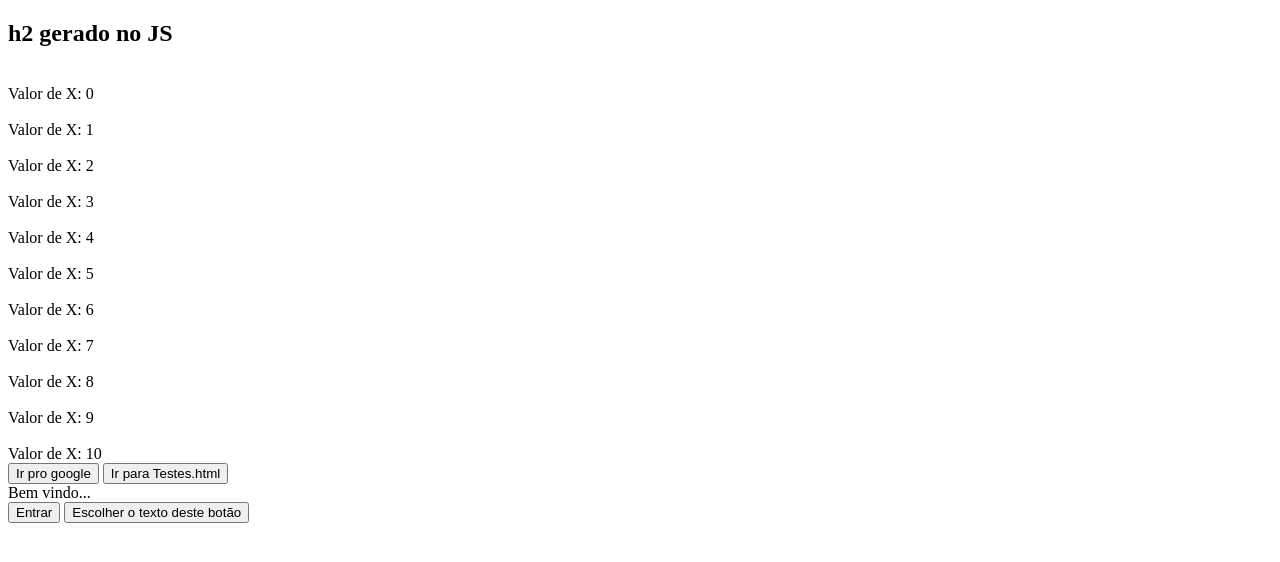
Repository: joaoaspimienta/Testes-e-estudo-de-ReactJS
Page: src/Anotações.html
An editor plug-in stored every save of this project. The page is shown before and after the next save, followed by the edit.
The browser window is 1280 px wide. The pictures show the whole page.

Above is the page before, as saved 2021-12-27 19:52:22.

After the next save:
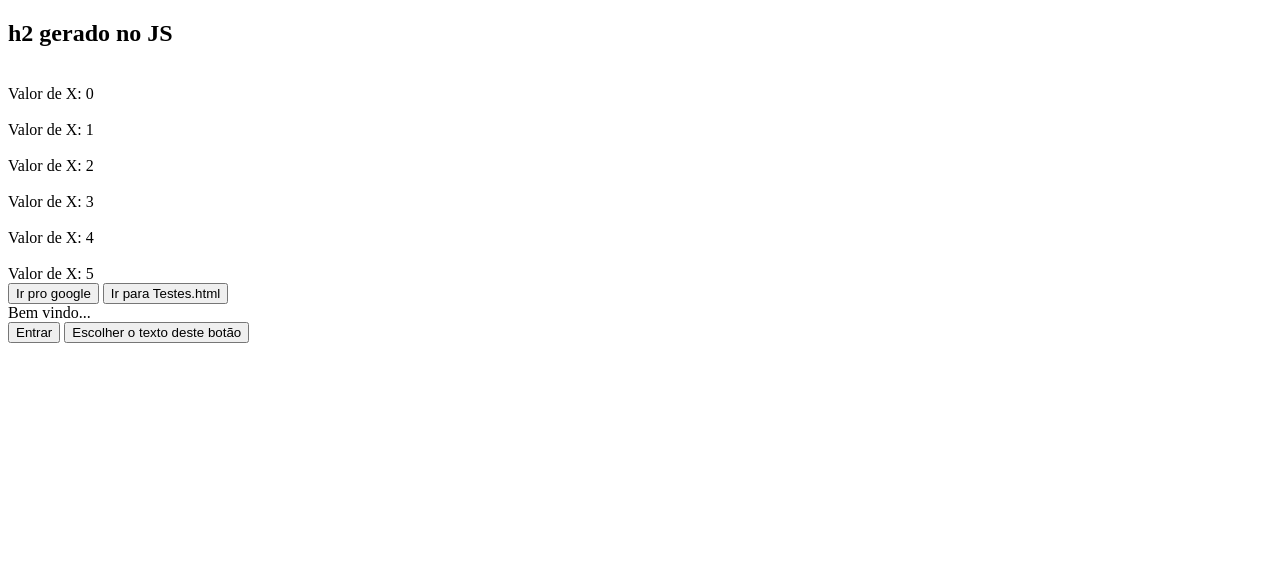
Saved 28 s later.
--- a/src/script.js
+++ b/src/script.js
@@ -23,6 +23,6 @@ console.log(userList)
 //Loops
 
 x = 0;
-while(x <= 10) {document.write('</br> Valor de X: ' + x + '</br>')
+while(x <= 5) {document.write('</br> Valor de X: ' + x + '</br>')
 
 x++}
